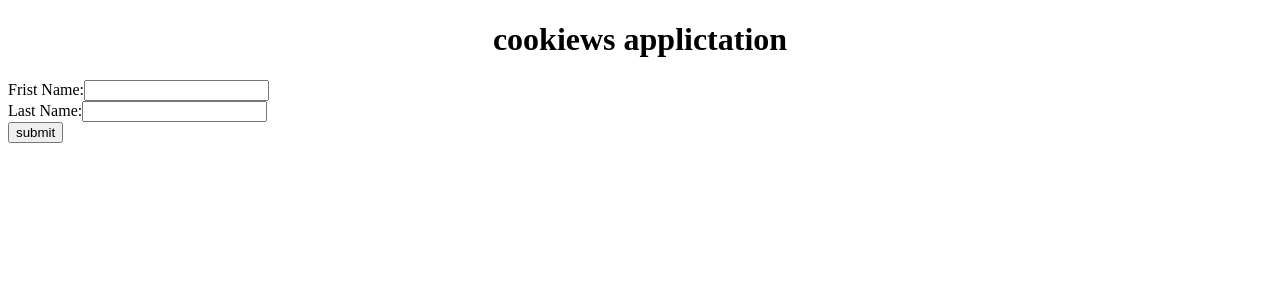
Repository: ssreddy25/servelet
Page: cookies/src/main/webapp/cookies.html
The author's editor kept a copy of each file at every save. The page is drawn from the files as they stood at one save, then again after the next save.
The browser window is 1280 px wide. The pictures show the whole page.

Above is the page before, as saved 2022-10-20 11:50:18.

After the next save:
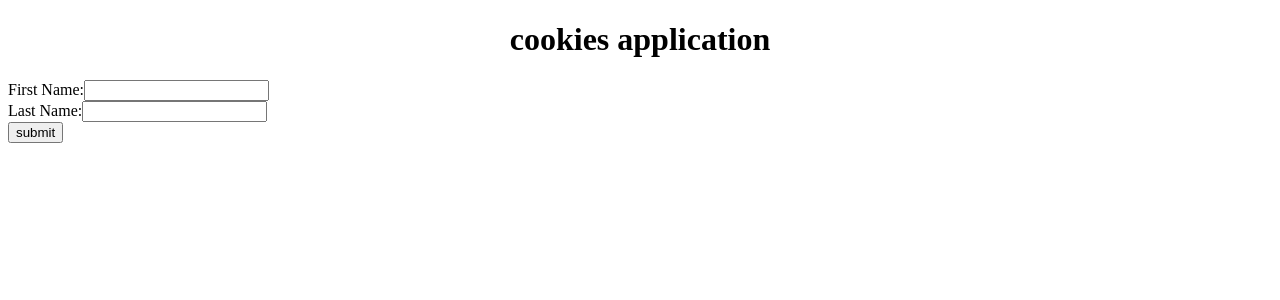
Saved 76 s later.
--- a/cookies/src/main/webapp/cookies.html
+++ b/cookies/src/main/webapp/cookies.html
@@ -5,9 +5,9 @@
 <title>cookies </title>
 </head>
 <body>
- <center><h1>cookiews applictation</h1></center>
- <form action="./cookies" >
- Frist Name:<input type="text" name="fname"><br>
+ <center><h1>cookies application</h1></center>
+  <form action="./cookies" method="post" >
+ First Name:<input type="text" name="fname"><br>
  Last Name:<input type="text" name="lname"><br>
 
  <input type="submit" value="submit">
